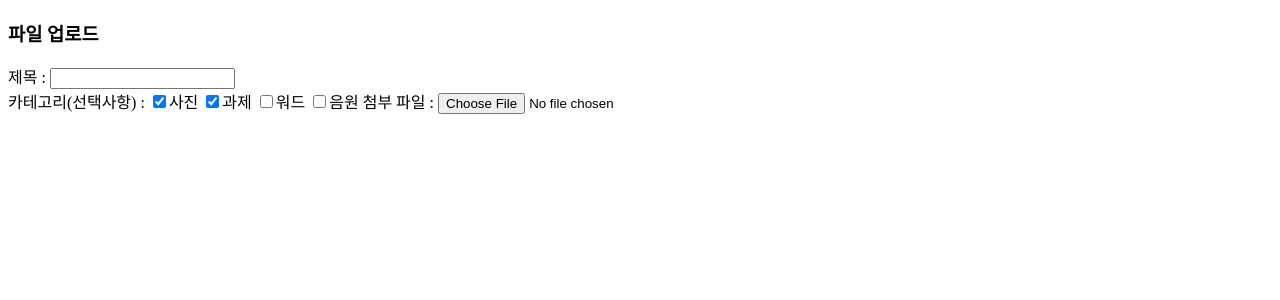
Repository: bluelessman/JSPServlet
Page: http://localhost/ServletStudy/13FileUpload/FileUploadMain.jsp
An editor plug-in stored every save of this project. The page is shown before and after the next save, followed by the edit.
The browser window is 1280 px wide. The pictures show the whole page.
The page is served by Tomcat 10. Other server files are loaded and not shown.

Above is the page before, as saved 2023-12-20 05:29:44.

### ServletStudy/src/main/webapp/13FileUpload/FileUploadMain.jsp
<%@ page language="java" contentType="text/html; charset=UTF-8"
    pageEncoding="UTF-8"%>
<!DOCTYPE html>
<html>
<head>
<meta charset="UTF-8">
<title>fileupload</title>
</head>
<script>
function validateForm(form){
	if(form.title.value==""){
		alert("제목을 입력하세요.");
		form.title.focust();
		return false;
	}
	if(form.attachedFile.value==""){
		alert("첨부 파일은 필수 입력입니다.");
		return false;
	}
}
</script>
<body>
<h3>파일 업로드</h3>
<span style="color:red;">${errerMessage }</span>
<form name="fileForm" method="post" enctype="multipart/form-data" action="UploadProcess.do" onsubmit="return validateForm(this);">
제목 : <input type="text" name="title"/><br/>
카테고리(선택사항) : <input type="checkbox" name="cate" value="사진" checked/>사진
<input type="checkbox" name="cate" value="과제" checked/>과제
<input type="checkbox" name="cate" value="워드" />워드
<input type="checkbox" name="cate" value="음원" />음원
첨부 파일 : <input type="file" name="ofile"/>
</body>
</html>

After the next save:
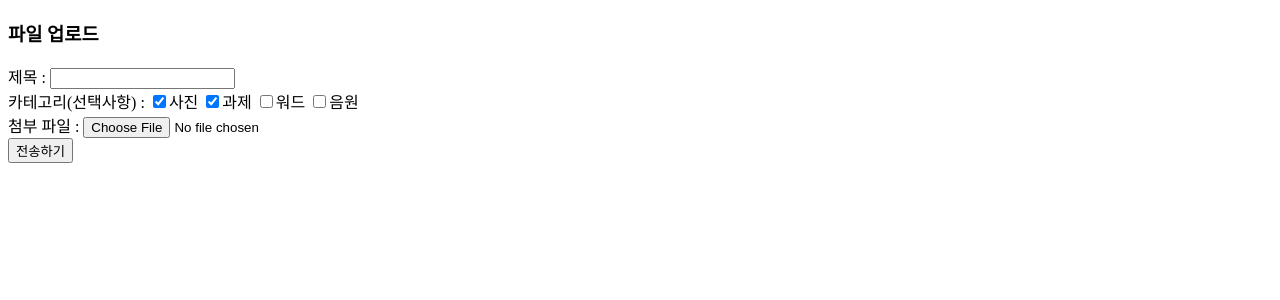
Saved 29 s later.
--- a/ServletStudy/src/main/webapp/13FileUpload/FileUploadMain.jsp
+++ b/ServletStudy/src/main/webapp/13FileUpload/FileUploadMain.jsp
@@ -27,7 +27,9 @@ function validateForm(form){
 카테고리(선택사항) : <input type="checkbox" name="cate" value="사진" checked/>사진
 <input type="checkbox" name="cate" value="과제" checked/>과제
 <input type="checkbox" name="cate" value="워드" />워드
-<input type="checkbox" name="cate" value="음원" />음원
-첨부 파일 : <input type="file" name="ofile"/>
+<input type="checkbox" name="cate" value="음원" />음원<br/>
+첨부 파일 : <input type="file" name="ofile"/><br/>
+<input type="submit" value="전송하기"/>
+</form>
 </body>
 </html>
